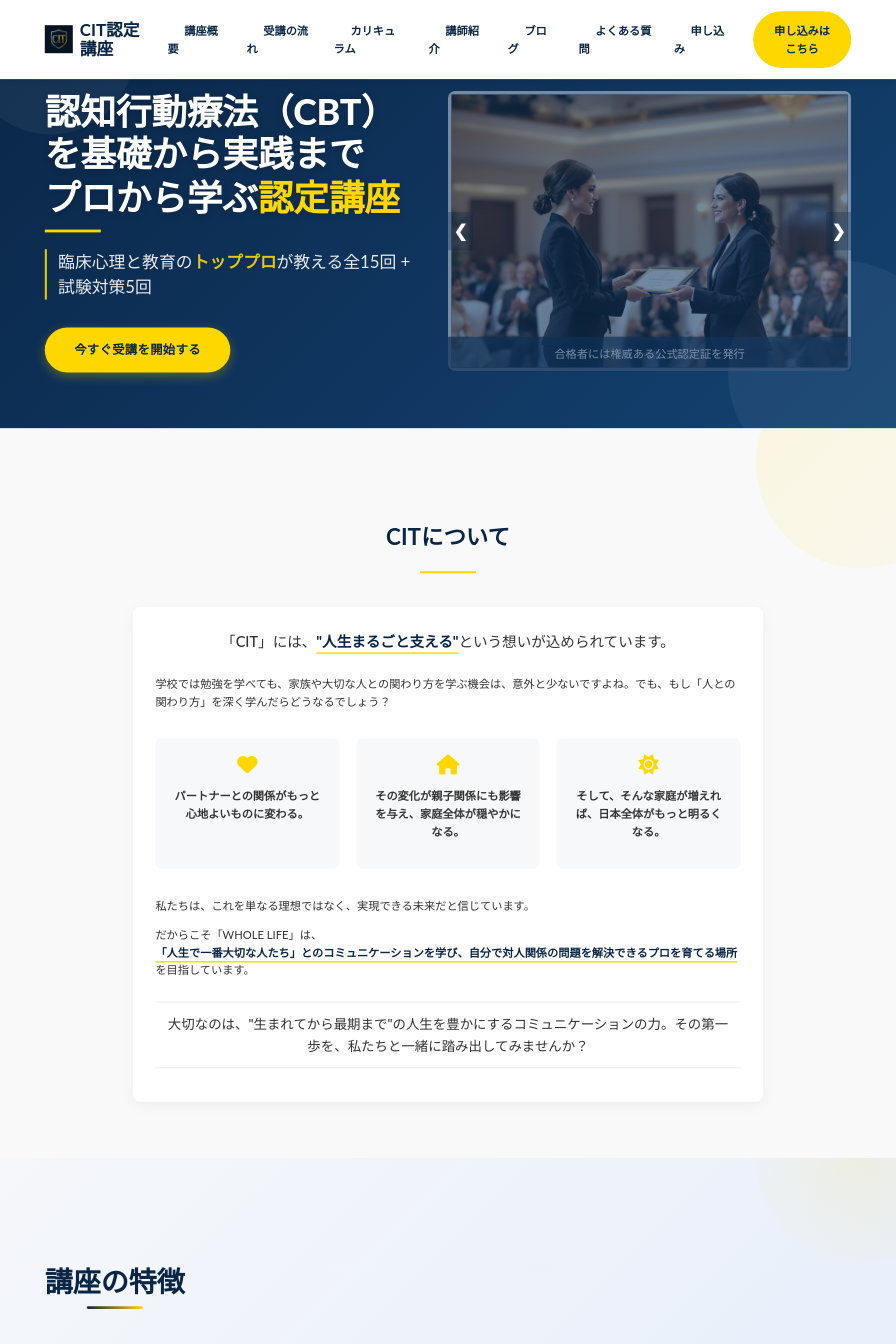
Repository: matsuki0821/-fuan-gata-kanpeki-shugi
Page: index.html
The author's editor kept a copy of each file at every save. The page is drawn from the files as they stood at one save, then again after the next save.
The browser window is 1280 px wide. The pictures show the part of the page from y = 0 to 1920 px (the page is 9851 px tall), at 70% of full size.

Above is the page before, as saved 2025-03-16 21:51:48.

After the next save:
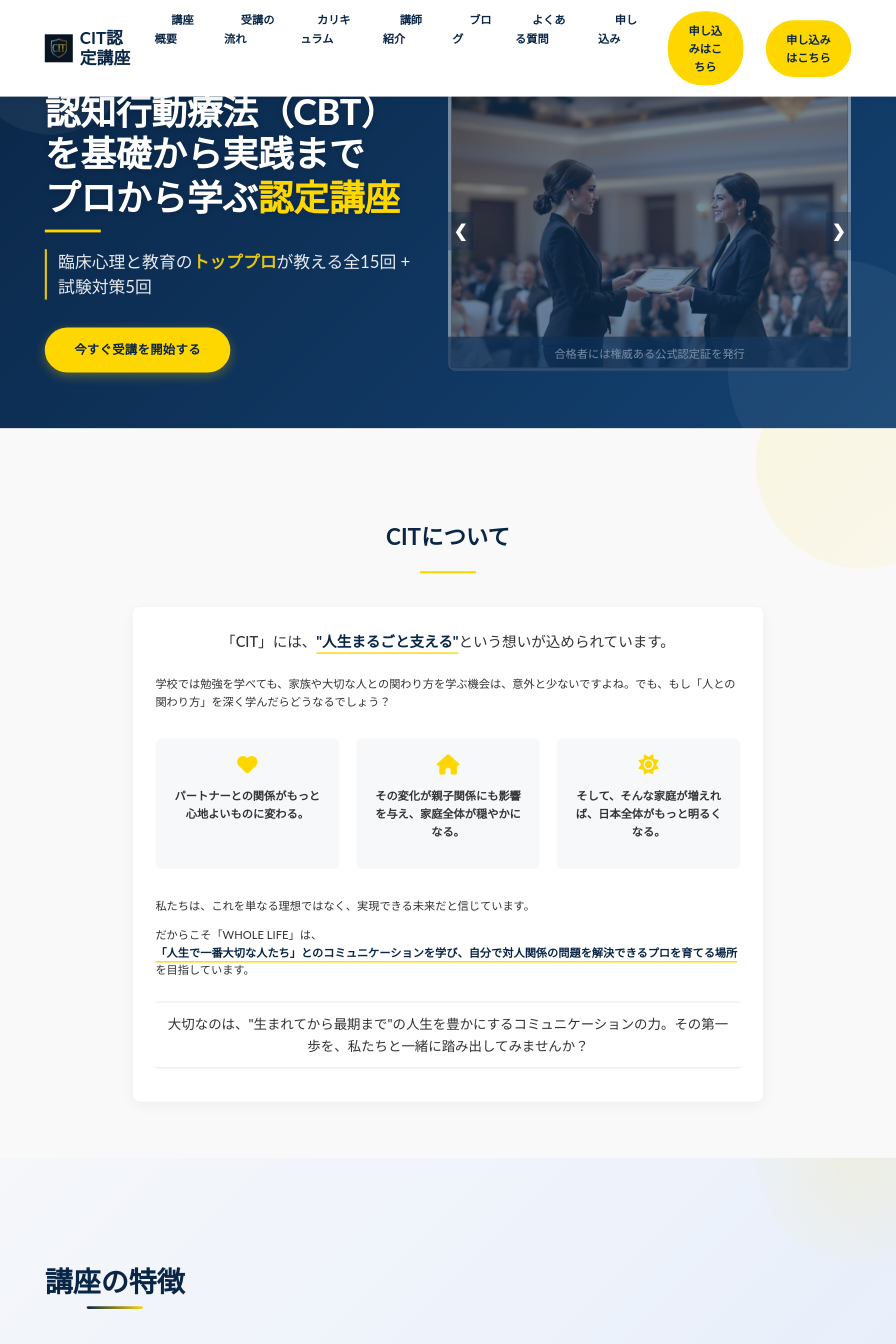
Saved 3 min 44 s later.
--- a/index.html
+++ b/index.html
@@ -91,12 +91,12 @@
                 <h1>CIT認定講座</h1>
             </div>
 
-            <div class="menu-toggle" id="menu-toggle">
+            <div class="menu-toggle" id="menu-toggle" aria-expanded="false" aria-label="メニューを開く">
                 <i class="fas fa-bars"></i>
             </div>
 
             <nav>
-                <ul id="menu">
+                <ul id="menu" aria-hidden="true">
                     <li><a href="#about">講座概要</a></li>
                     <li><a href="#process">受講の流れ</a></li>
                     <li><a href="#curriculum">カリキュラム</a></li>
@@ -104,6 +104,7 @@
                     <li><a href="#blog">ブログ</a></li>
                     <li><a href="#faq">よくある質問</a></li>
                     <li><a href="#pricing">申し込み</a></li>
+                    <li class="mobile-cta"><a href="#pricing" class="btn btn-primary">申し込みはこちら</a></li>
                 </ul>
             </nav>
 
